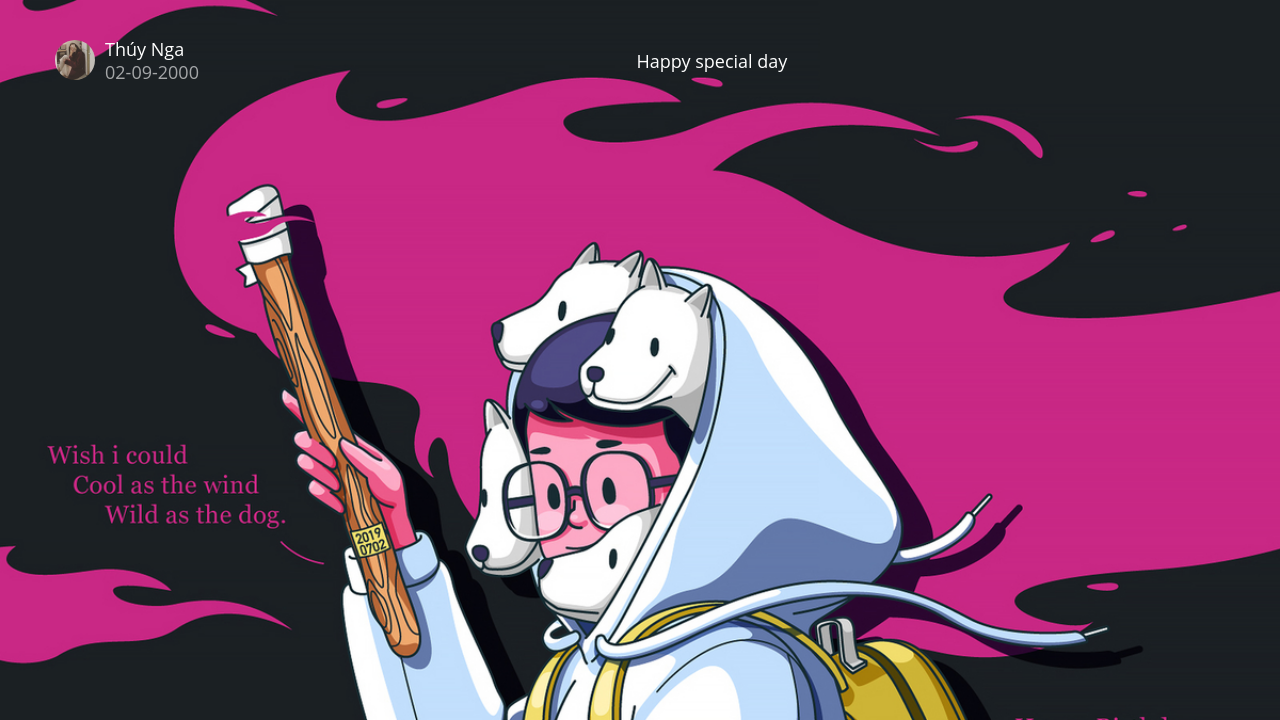
Repository: Datt21/p-happyB
Page: index.html
The author's editor kept a copy of each file at every save. The page is drawn from the files as they stood at one save, then again after the next save.
The browser window is 1280 px wide. The pictures show the whole page.
Some icons come from a web library that is not loaded, so they are not drawn.

Above is the page before, as saved 2021-08-31 04:36:06.

After the next save:
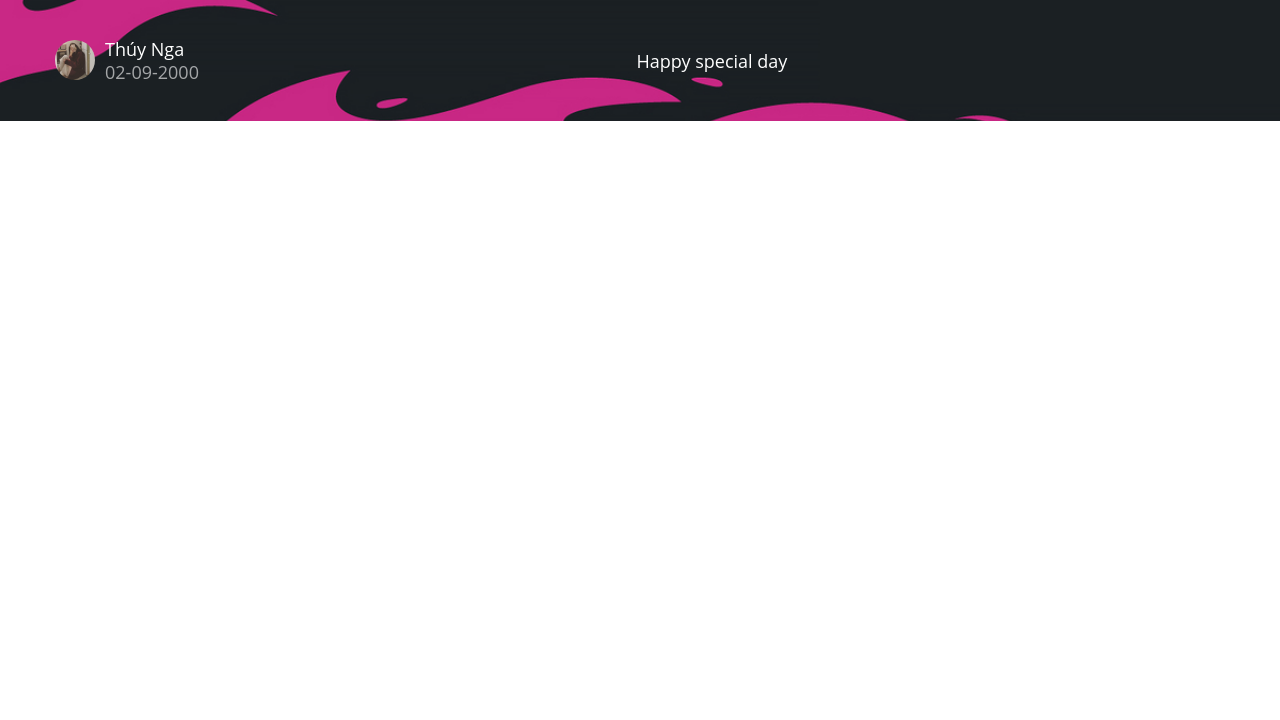
Saved 2 min 20 s later.
--- a/app.css
+++ b/app.css
@@ -33,12 +33,12 @@ body {
     color: white;
     /* background-color: #222831; */
     overflow-x: hidden;
-    background: url("../images/banner.jpg") no-repeat top/100%;
 }
 
 .wrapper {
-    max-width: 1920px;
+    max-width: 1700px;
     margin: 0 auto;
+    background: url("../images/banner.jpg") no-repeat top/100%;
 }
 
 .container {
